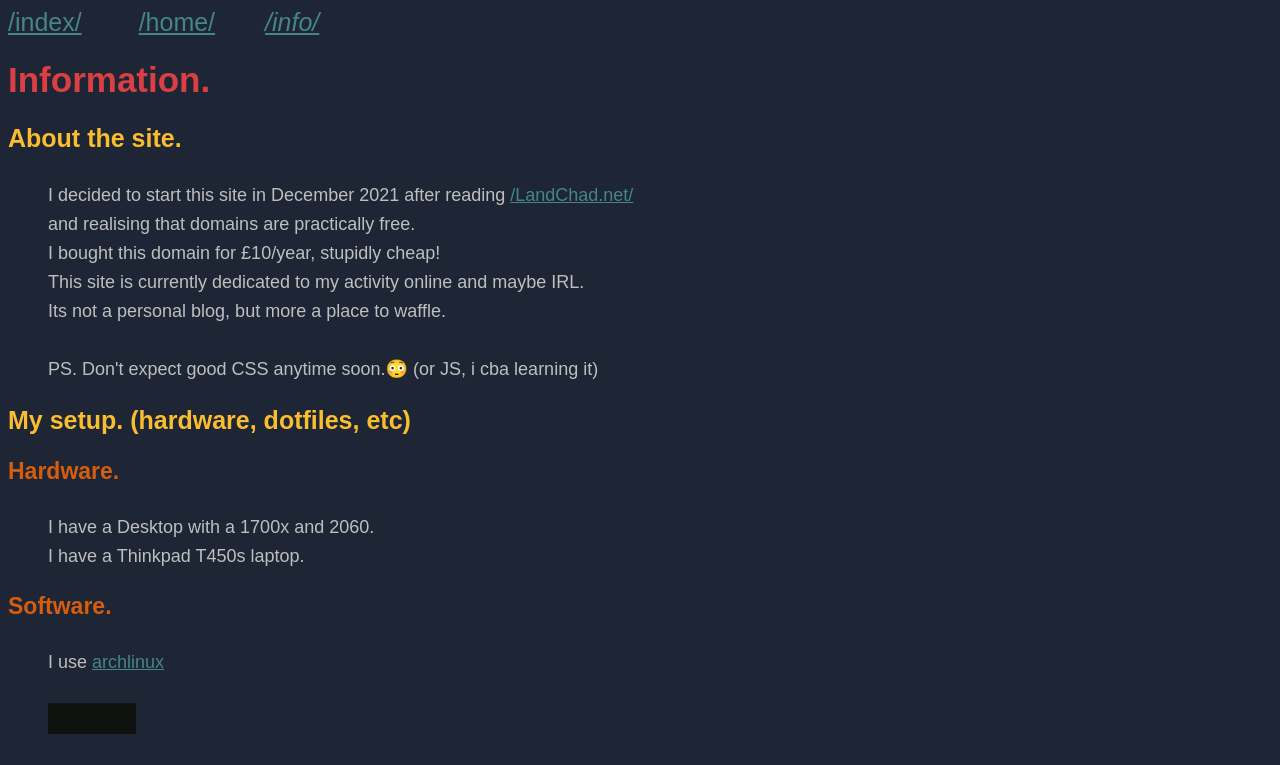
Repository: KieranCrossland/kierancrosslandxyz
Page: info.html
An editor plug-in stored every save of this project. The page is shown before and after the next save, followed by the edit.
The browser window is 1280 px wide. The pictures show the whole page.

Above is the page before, as saved 2022-06-19 01:54:31.

After the next save:
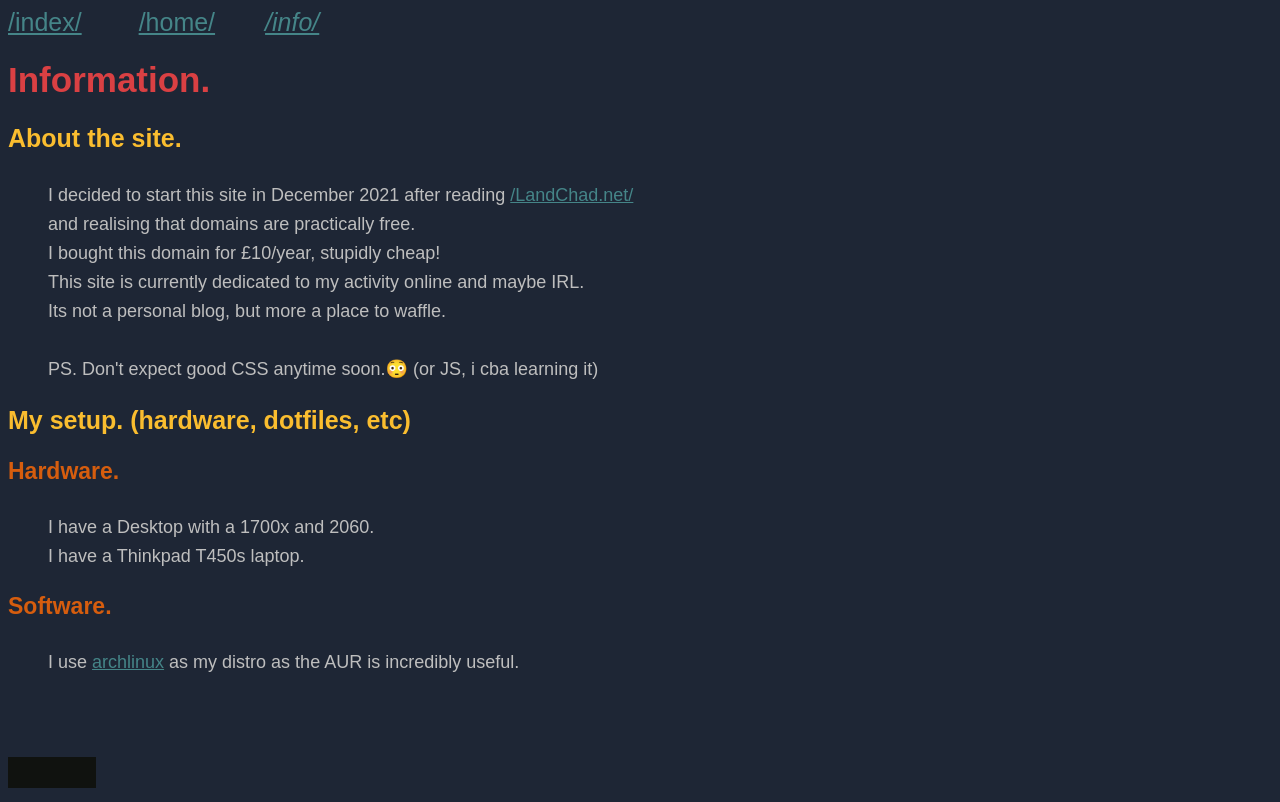
Saved 29 s later.
--- a/info.html
+++ b/info.html
@@ -85,7 +85,7 @@ h3 {
 <ul><p1>I have a Desktop with a 1700x and 2060.<br>I have a Thinkpad T450s laptop.</p1></ul>
 
 <h3>Software.</h3>
-<ul><p1>I use <a href="https://archlinux.org/" target="_blank">archlinux</a>
+<ul><p1>I use <a href="https://archlinux.org/" target="_blank">archlinux</a> as my distro as the AUR is incredibly useful.</p1></ul>
 
 <br><br><a href="https://landchad.net" target="_blank">
  <img src="img/landchad.gif" width="88px" height="31px" alt=""/>
